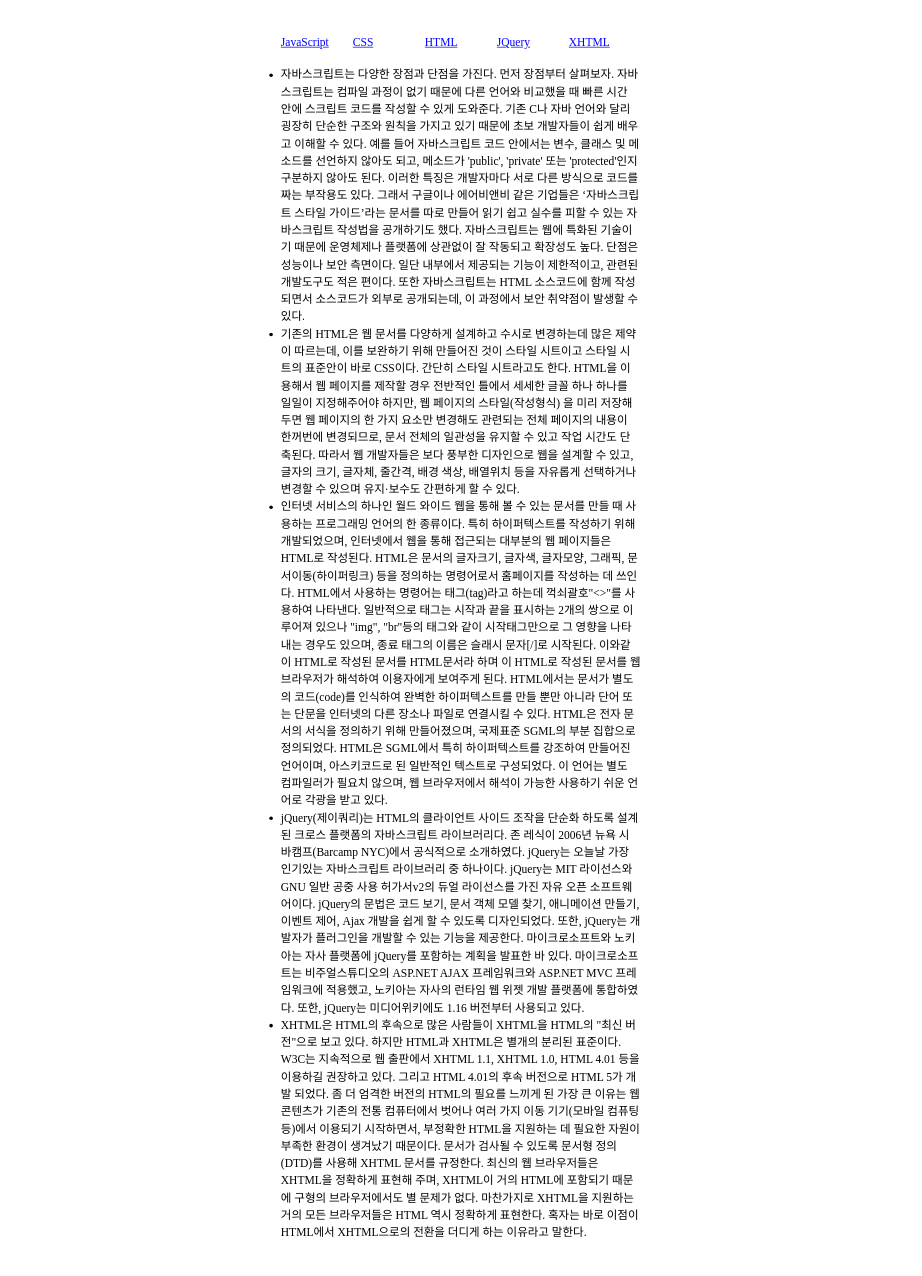
Repository: RYE415/4.jsp
Page: JQueryTest/src/main/webapp/4.effect/03.TabMenu.html
These files come from the project's save history. The page is drawn as it stood at one moment and after the next save; the edit follows.
The browser window is 1280 px wide. The pictures show the whole page, at 72% of full size.

Above is the page before, as saved 2022-08-04 00:50:06.
Not found: JQueryTest/src/main/webapp/4.effect/img/tab/jpg

### JQueryTest/src/main/webapp/4.effect/03.TabMenu.html
<!DOCTYPE html>
<html>
<head>
<meta charset="UTF-8">
<script type="text/javascript" src="http://code.jquery.com/jquery-3.3.1.min.js">
</script>
<title>03.TabMenu.html</title>
<style>
   * { /*모든 태그는 좌측 상단을 0,0을 기준으로 배치*/
   	 margin:0; /*바깥여백*/
   	 padding:0; /*안쪽여백*/
   }
   #container {
   	 width:500px; /*임의의 숫자,탭의 수, 탭의 넓이를 고려 작성*/
   	 margin:50px auto; /*상하의 여백 50px, 좌우 여백 자동으로 설정*/
   }
   ul.tab li{/*탭의 제목에 대해 스타일 적용*/
   list-style-type:none;
   width:100px;
   height:40px;
   float:left; /*왼쪽을 기준으로 정렬*/
   }
   ul.tab li a{/* 탭의 글자색, 정렬, 탭 이미지 불러오기 */
   	  background:url("./img/tab/jpg");
   	  display:block;
   	  color:blue;/*탭 제목의 글자*/
   }

</style>
<script>
  $(function(){
  })
</script>
</head>
<body>
	<div id="container">
		<ul class="tab"><!-- 탭 제목만 따로 설정,
							 링크 걸 때 # 키워드를 찾아갈 수 있도록 설계 -->
			<li><a href="#tab1">JavaScript<a></li>
			<li><a href="#tab2">CSS<a></li>
			<li><a href="#tab3">HTML<a></li>
			<li><a href="#tab4">JQuery<a></li>
			<li><a href="#tab5">XHTML<a></li>
		</ul>
		<ul class="panel"><!-- 선택된 탭에 따라서 내용이 나오는 방법 -->
			<li id="tab1"><!-- 자바스크립트 -->
				자바스크립트는 다양한 장점과 단점을 가진다. 먼저 장점부터 살펴보자.
				자바스크립트는 컴파일 과정이 없기 때문에 다른 언어와 비교했을 때 빠른 시간 안에 스크립트 코드를 작성할 수 있게
				도와준다. 기존 C나 자바 언어와 달리 굉장히 단순한 구조와 원칙을 가지고 있기 때문에 초보 개발자들이 쉽게 배우고 이해할
				수 있다. 예를 들어 자바스크립트 코드 안에서는 변수, 클래스 및 메소드를 선언하지 않아도 되고, 메소드가
				'public', 'private' 또는 'protected'인지 구분하지 않아도 된다. 이러한 특징은 개발자마다 서로
				다른 방식으로 코드를 짜는 부작용도 있다. 그래서 구글이나 에어비앤비 같은 기업들은 ‘자바스크립트 스타일 가이드’라는
				문서를 따로 만들어 읽기 쉽고 실수를 피할 수 있는 자바스크립트 작성법을 공개하기도 했다. 자바스크립트는 웹에 특화된
				기술이기 때문에 운영체제나 플랫폼에 상관없이 잘 작동되고 확장성도 높다. 단점은 성능이나 보안 측면이다. 일단 내부에서
				제공되는 기능이 제한적이고, 관련된 개발도구도 적은 편이다. 또한 자바스크립트는 HTML 소스코드에 함께 작성되면서
				소스코드가 외부로 공개되는데, 이 과정에서 보안 취약점이 발생할 수 있다.
			</li>
			<li id="tab2"><!-- CSS -->
				기존의 HTML은 웹 문서를 다양하게 설계하고 수시로 변경하는데 많은 제약이
				따르는데, 이를 보완하기 위해 만들어진 것이 스타일 시트이고 스타일 시트의 표준안이 바로 CSS이다. 간단히 스타일
				시트라고도 한다. HTML을 이용해서 웹 페이지를 제작할 경우 전반적인 틀에서 세세한 글꼴 하나 하나를 일일이 지정해주어야
				하지만, 웹 페이지의 스타일(작성형식) 을 미리 저장해 두면 웹 페이지의 한 가지 요소만 변경해도 관련되는 전체 페이지의
				내용이 한꺼번에 변경되므로, 문서 전체의 일관성을 유지할 수 있고 작업 시간도 단축된다. 따라서 웹 개발자들은 보다 풍부한
				디자인으로 웹을 설계할 수 있고, 글자의 크기, 글자체, 줄간격, 배경 색상, 배열위치 등을 자유롭게 선택하거나 변경할 수
				있으며 유지·보수도 간편하게 할 수 있다.
			</li>
			<li id="tab3"><!-- HTML -->
				인터넷 서비스의 하나인 월드 와이드 웹을 통해 볼 수 있는 문서를 만들 때
				사용하는 프로그래밍 언어의 한 종류이다. 특히 하이퍼텍스트를 작성하기 위해 개발되었으며, 인터넷에서 웹을 통해 접근되는
				대부분의 웹 페이지들은 HTML로 작성된다. HTML은 문서의 글자크기, 글자색, 글자모양, 그래픽, 문서이동(하이퍼링크)
				등을 정의하는 명령어로서 홈페이지를 작성하는 데 쓰인다. HTML에서 사용하는 명령어는 태그(tag)라고 하는데
				꺽쇠괄호"<>"를 사용하여 나타낸다. 일반적으로 태그는 시작과 끝을 표시하는 2개의 쌍으로 이루어져 있으나 "img",
				"br"등의 태그와 같이 시작태그만으로 그 영향을 나타내는 경우도 있으며, 종료 태그의 이름은 슬래시 문자[/]로
				시작된다. 이와같이 HTML로 작성된 문서를 HTML문서라 하며 이 HTML로 작성된 문서를 웹 브라우저가 해석하여
				이용자에게 보여주게 된다. HTML에서는 문서가 별도의 코드(code)를 인식하여 완벽한 하이퍼텍스트를 만들 뿐만 아니라
				단어 또는 단문을 인터넷의 다른 장소나 파일로 연결시킬 수 있다. HTML은 전자 문서의 서식을 정의하기 위해
				만들어졌으며, 국제표준 SGML의 부분 집합으로 정의되었다. HTML은 SGML에서 특히 하이퍼텍스트를 강조하여 만들어진
				언어이며, 아스키코드로 된 일반적인 텍스트로 구성되었다. 이 언어는 별도 컴파일러가 필요치 않으며, 웹 브라우저에서 해석이
				가능한 사용하기 쉬운 언어로 각광을 받고 있다.
			</li>
			<li id="tab4"><!-- jQuery -->
				jQuery(제이쿼리)는 HTML의 클라이언트 사이드 조작을 단순화
				하도록 설계된 크로스 플랫폼의 자바스크립트 라이브러리다. 존 레식이 2006년 뉴욕 시 바캠프(Barcamp NYC)에서
				공식적으로 소개하였다. jQuery는 오늘날 가장 인기있는 자바스크립트 라이브러리 중 하나이다. jQuery는 MIT
				라이선스와 GNU 일반 공중 사용 허가서v2의 듀얼 라이선스를 가진 자유 오픈 소프트웨어이다. jQuery의 문법은 코드
				보기, 문서 객체 모델 찾기, 애니메이션 만들기, 이벤트 제어, Ajax 개발을 쉽게 할 수 있도록 디자인되었다. 또한,
				jQuery는 개발자가 플러그인을 개발할 수 있는 기능을 제공한다. 마이크로소프트와 노키아는 자사 플랫폼에 jQuery를
				포함하는 계획을 발표한 바 있다. 마이크로소프트는 비주얼스튜디오의 ASP.NET AJAX 프레임워크와 ASP.NET MVC
				프레임워크에 적용했고, 노키아는 자사의 런타임 웹 위젯 개발 플랫폼에 통합하였다. 또한, jQuery는 미디어위키에도
				1.16 버전부터 사용되고 있다.
			</li>
			<li id="tab5"><!-- XHTML -->
				XHTML은 HTML의 후속으로 많은 사람들이 XHTML을 HTML의
				"최신 버전"으로 보고 있다. 하지만 HTML과 XHTML은 별개의 분리된 표준이다. W3C는 지속적으로 웹 출판에서
				XHTML 1.1, XHTML 1.0, HTML 4.01 등을 이용하길 권장하고 있다. 그리고 HTML 4.01의 후속
				버전으로 HTML 5가 개발 되었다. 좀 더 엄격한 버전의 HTML의 필요를 느끼게 된 가장 큰 이유는 웹 콘텐츠가 기존의
				전통 컴퓨터에서 벗어나 여러 가지 이동 기기(모바일 컴퓨팅 등)에서 이용되기 시작하면서, 부정확한 HTML을 지원하는 데
				필요한 자원이 부족한 환경이 생겨났기 때문이다. 문서가 검사될 수 있도록 문서형 정의(DTD)를 사용해 XHTML 문서를
				규정한다. 최신의 웹 브라우저들은 XHTML을 정확하게 표현해 주며, XHTML이 거의 HTML에 포함되기 때문에 구형의
				브라우저에서도 별 문제가 없다. 마찬가지로 XHTML을 지원하는 거의 모든 브라우저들은 HTML 역시 정확하게 표현한다.
				혹자는 바로 이점이 HTML에서 XHTML으로의 전환을 더디게 하는 이유라고 말한다.
			</li>
		</ul>
	</div>

</body>
</html>

After the next save:
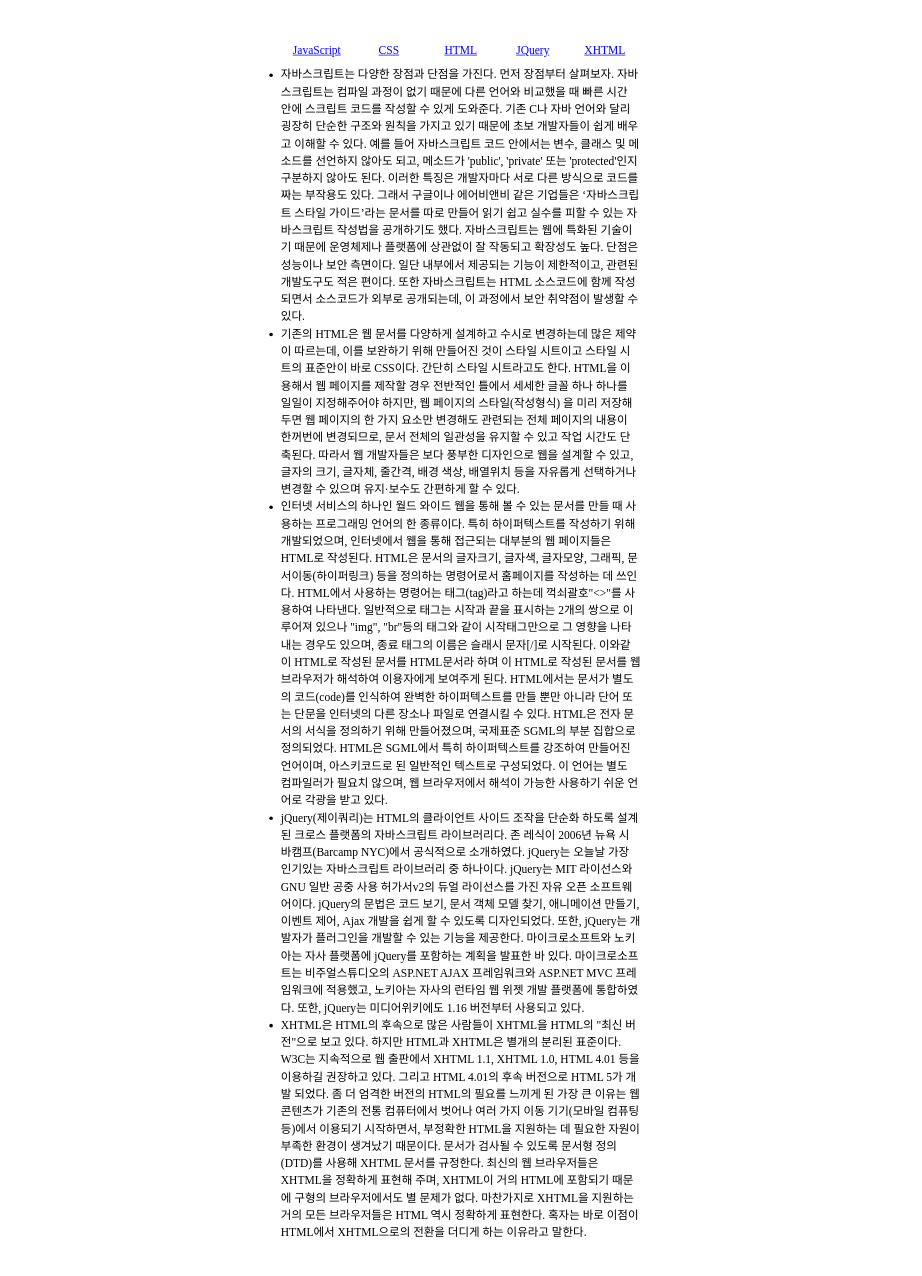
Saved 80 s later.
--- a/JQueryTest/src/main/webapp/4.effect/03.TabMenu.html
+++ b/JQueryTest/src/main/webapp/4.effect/03.TabMenu.html
@@ -24,6 +24,8 @@
    	  background:url("./img/tab/jpg");
    	  display:block;
    	  color:blue;/*탭 제목의 글자*/
+   	  line-height:40px;
+   	  text-align:center;
    }
 
 </style>
